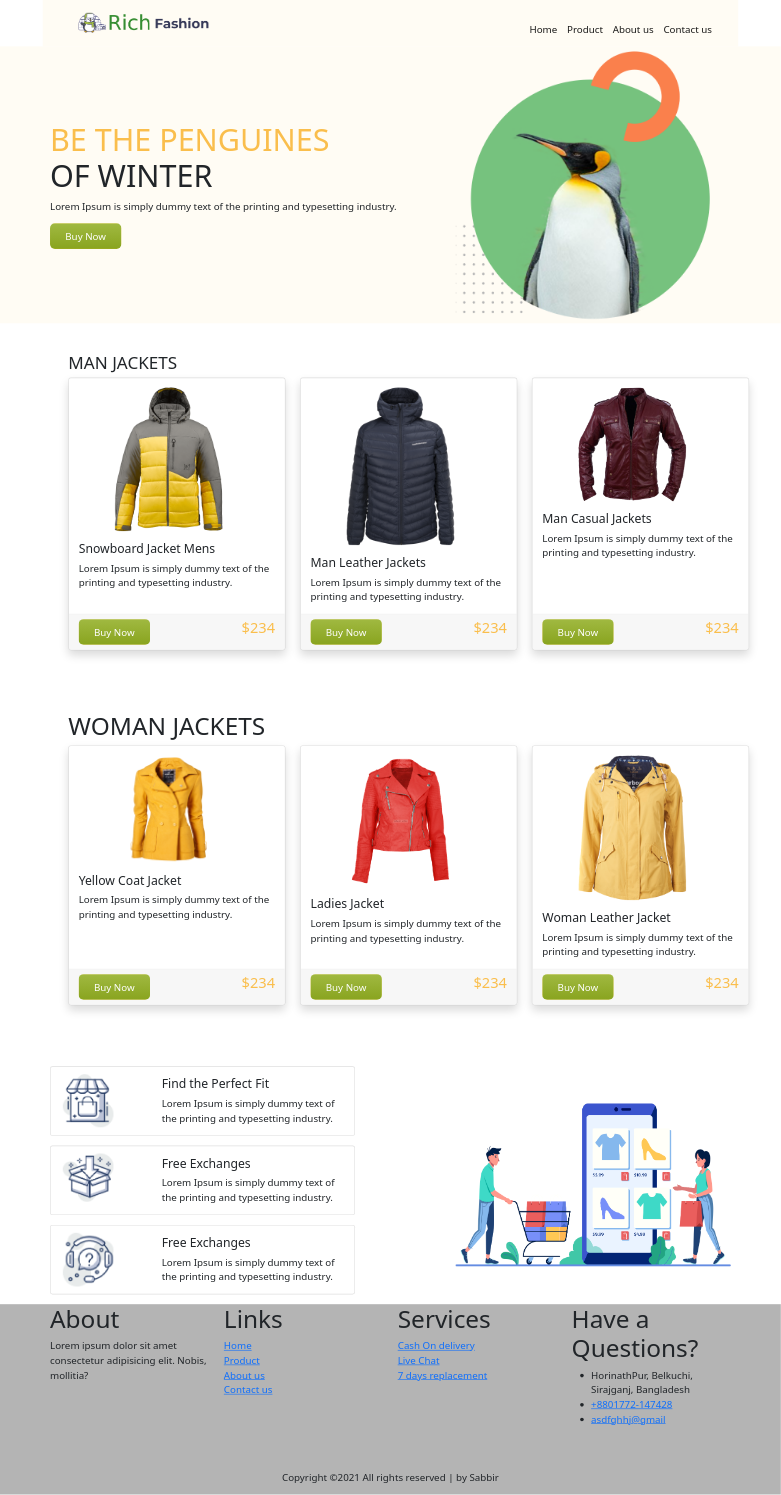
Repository: sabbircse3/fashion
Page: index.html
The author's editor kept a copy of each file at every save. The page is drawn from the files as they stood at one save, then again after a run of saves.
The browser window is 1280 px wide. The pictures show the whole page, at 61% of full size.
Some icons come from a web library that is not loaded, so they are not drawn.

Above is the page before, as saved 2021-01-14 04:33:41.

After the next 2 saves:
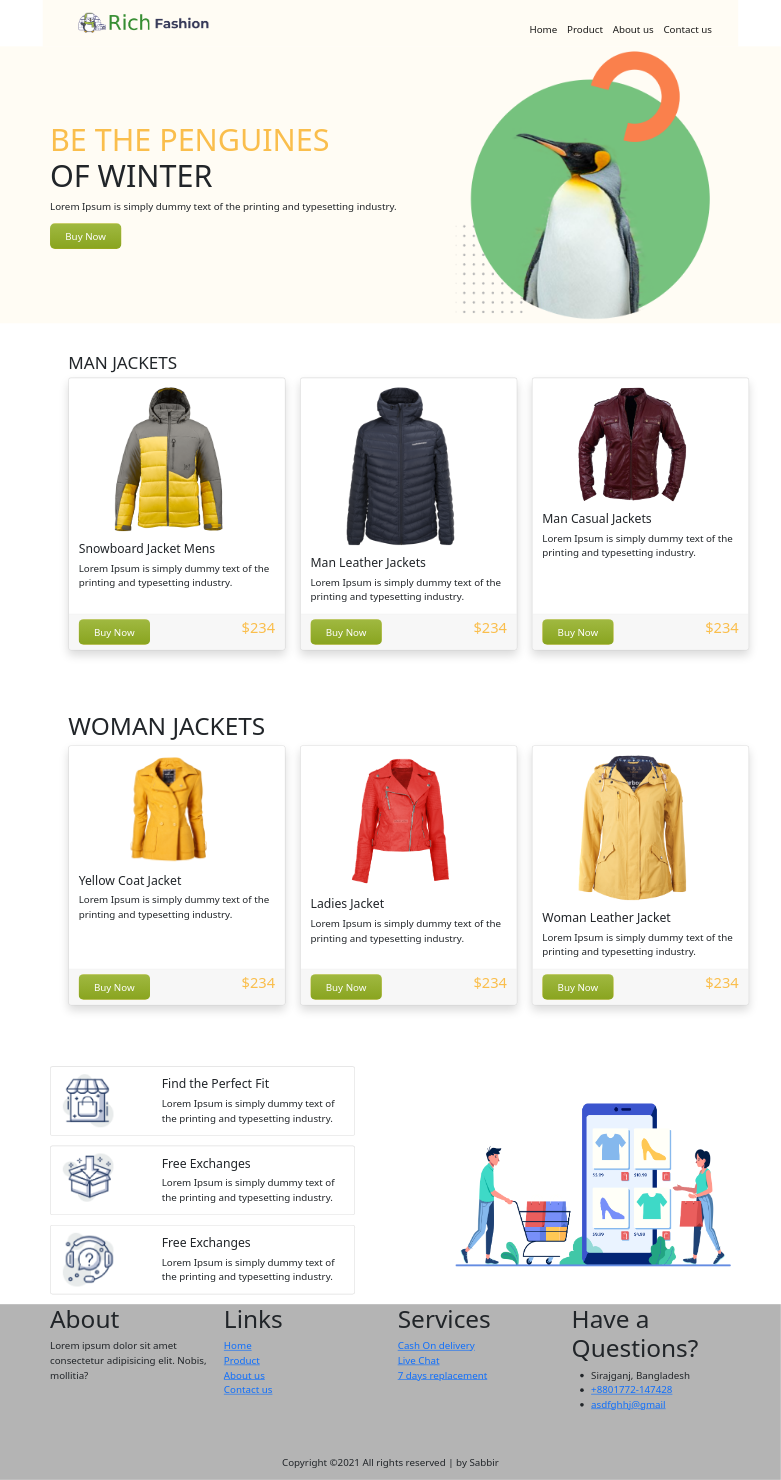
The 2 saves are shown as one change because they came seconds apart.
The last was saved 20 s later.
--- a/index.html
+++ b/index.html
@@ -326,7 +326,7 @@ h4{
                   <h2 class="ftco-heading-2">Have a Questions?</h2>
                   <div class="block-23 mb-3">
                     <ul>
-                      <li><span class="icon icon-map-marker"></span><span class="text">HorinathPur, Belkuchi, Sirajganj, Bangladesh</span></li>
+                      <li><span class="icon icon-map-marker"></span><span class="text">Sirajganj, Bangladesh</span></li>
                       <li><a href="#"><span class="icon icon-phone"></span><span class="text">+8801772-147428</span></a></li>
                       <li><a href="#"><span class="icon icon-envelope"></span><span class="text">asdfghhj@gmail</span></a></li>
                     </ul>
